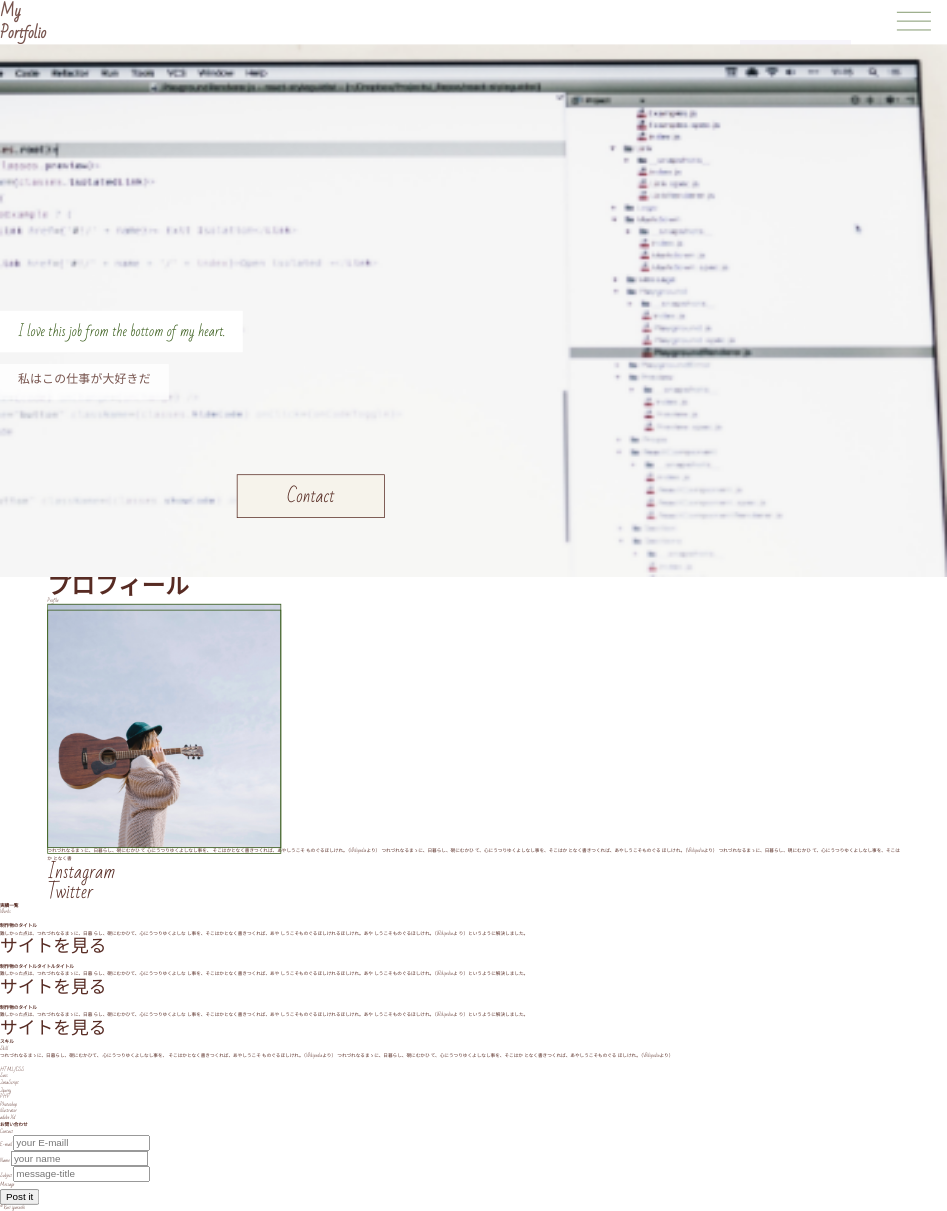
Repository: ppmp556/igarashi.kakuu
Page: index.html
These files come from the project's save history. The page is drawn as it stood at one moment and after the next save; the edit follows.
The browser window is 1280 px wide. The pictures show the whole page, at 74% of full size.
Some web libraries are served in a nearby version. The style sheet was rebuilt from its Sass, Less or Tailwind sources for each picture, by a compiler version that may differ from the author's.

Above is the page before, as saved 2020-10-25 17:13:59.
Console error: TypeError: Cannot read properties of null (reading 'addEventListener')

### index.html
<!DOCTYPE html>
<html lang="ja">
    <head>
        <meta charset="UTF-8">
        <meta name="viewport" content="width=device-width, initial-scale=1.0, maximum-scale=1.0, minimum-scale=1.0">
        <link rel="stylesheet" href="faundation.css" type="text/css">
        <link rel="stylesheet" href="./css/style.css" type="text/css">
        <link href="https://use.fontawesome.com/releases/v5.6.1/css/all.css" rel="stylesheet">
        <link href="https://fonts.googleapis.com/css?family=Bad+Script" rel="stylesheet">
        <link href="https://fonts.googleapis.com/css?family=Sawarabi+Gothic" rel="stylesheet">
        <link rel="img" href="image">
        <title>架空LP</title>

    </head>
    <body>

        <div class="container">
            <header class="header">
                <h1 class="header_ttl">
                    <a href="index.html" class="header_link">My Portfolio</a><!-- /.header_link -->
                </h1><!-- /.header_ttl -->
                <nav class="nav">
                    <div class="nav_wrapper" id="nav_lists">
                        <!-- ハンバーガーメニュー部分 -->
                        <div class="toggle_btn" id="nav_toggler">
                            <span class="toggle_line __tg1"></span>
                            <span class="toggle_line __tg2"></span>
                            <span class="toggle_line __tg3"></span>
                        </div>
                        <!-- ハンバーガーメニューここまで -->
                    </div>
                    <ul class="nav_list flex">
                        <li class="nav_item">
                            <a href="#" class="nav_link">Profile<span class="nav_sp">プロフィール</a><!-- /.nav_link -->
                        </li><!-- /.nav_item -->
                        <li class="nav_item">
                            <a href="#" class="nav_link">Works<span class="nav_sp">実績一覧</a><!-- /.nav_link -->
                        </li><!-- /.nav_item -->
                        <li class="nav_item">
                            <a href="#" class="nav_link">Skill<span class="nav_sp">スキル</a><!-- /.nav_link -->
                        </li><!-- /.nav_item -->
                        <li class="nav_item">
                            <a href="#" class="nav_link">Contact<span class="nav_sp">お問い合わせ</a><!-- /.nav_link -->
                        </li><!-- /.nav_item -->
                    </ul><!-- /.nav_list -->
                </nav><!-- /.nav -->
            </header><!-- /.header -->
        </div><!-- /.container -->
        <div class="kv">
            <div class="kv_txtbox">
                <p class="kv_txt">I love this job from the bottom of my heart.</p><!-- /.kv_txt -->
                <p class="kv_txt __subtxt">私はこの仕事が大好きだ</p><!-- /.kv_txt -->
            </div><!-- /.kv_txtbox -->
            <div class="contact_box">
                <a href="#" class="contact_link">Contact</a><!-- /.contact_link -->
            </div><!-- /.contact_box -->
        </div><!-- /.kv -->
        <main>
            <div class="inner">

                <section class="prof" id="prof">
                    <div class="section_ttlbox">
                        <h2 class="prof_ttl">プロフィール</h2><!-- /.prof_ttl -->
                        <span class="prof_sub">Profile</span>
                    </div><!-- /.section_ttlbox -->
                    <div class="prof_imgbox">
                        <img src="images/profile/profile.png" alt="#">
                    </div><!-- /.prof_imgbox -->
                    <p class="prof_txt">
                        つれづれなるまゝに、日暮らし、硯にむかひ
                        て
                        心にうつりゆくよしなし事を、
                        そこはかとなく書きつくれば、あやしうこそ
                        ものぐるほしけれ。（Wikipediaより）
                        つれづれなるまゝに、日暮らし、硯にむかひ
                        て、心にうつりゆくよしなし事を、そこはか
                        となく書きつくれば、あやしうこそものぐる
                        ほしけれ。（Wikipediaより）
                        つれづれなるまゝに、日暮らし、硯にむかひ
                        て、心にうつりゆくよしなし事を、そこはか
                        となく書
                    </p><!-- /.prof_txt -->
                    <div class="section_btnbox">
                        <div class="site_btn">
                            <a href="#" class="site_link">Instagram</a>
                        </div><!-- /.site_btn -->
                        <div class="site_btn">
                            <a href="#" class="site_link">Twitter</a>
                        </div><!-- /.site_btn -->
                    </div><!-- /.section_btnbox -->
                </section><!-- /#prof.prof -->


                <section class="work" id="work">
                    <div class="section_ttlbox">
                        <h2 class="work_ttl">実績一覧</h2><!-- /.work_ttl -->
                        <span class="work_sub">Works</span>
                    </div><!-- /.section_ttlbox -->

                    <div class="work_imgbox">
                        <ul class="work_list">
                            <li class="work_item">
                                <img src="" alt="" class="work_img">
                                <h3 class="work_ttl">制作物のタイトル</h3><!-- /.work_txt -->
                                <p class="work_txt">
                                    難しかった点は、つれづれなるまゝに、日暮
                                    らし、硯にむかひて、心にうつりゆくよしな
                                    し事を、そこはかとなく書きつくれば、あや
                                    しうこそものぐるほしけれるほしけれ。あや
                                    しうこそものぐるほしけれ。（Wikipediaよ
                                    り）というように解決しました。
                                </p><!-- /.work_txt -->
                                <div class="site_btn">
                                    <a href="#" class="site_link">サイトを見る</a>
                                </div><!-- /.site_btn -->
                            </li><!-- /.work_item -->
                            <li class="work_item">
                                <img src="" alt="" class="work_img">
                                <h3 class="work_ttl">制作物のタイトルタイトルタイトル</h3><!-- /.work_txt -->
                                <p class="work_txt">
                                    難しかった点は、つれづれなるまゝに、日暮
                                    らし、硯にむかひて、心にうつりゆくよしな
                                    し事を、そこはかとなく書きつくれば、あや
                                    しうこそものぐるほしけれるほしけれ。あや
                                    しうこそものぐるほしけれ。（Wikipediaよ
                                    り）というように解決しました。
                                </p><!-- /.work_txt -->
                                <div class="site_btn">
                                    <a href="#" class="site_link">サイトを見る</a>
                                </div><!-- /.site_btn -->
                            </li><!-- /.work_item -->
                            <li class="work_item">
                                <img src="" alt="" class="work_img">
                                <h3 class="work_ttl">制作物のタイトル</h3><!-- /.work_txt -->
                                <p class="work_txt">
                                    難しかった点は、つれづれなるまゝに、日暮
                                    らし、硯にむかひて、心にうつりゆくよしな
                                    し事を、そこはかとなく書きつくれば、あや
                                    しうこそものぐるほしけれるほしけれ。あや
                                    しうこそものぐるほしけれ。（Wikipediaよ
                                    り）というように解決しました。
                                </p><!-- /.work_txt -->
                                <div class="site_btn">
                                    <a href="#" class="site_link">サイトを見る</a>
                                </div><!-- /.site_btn -->
                            </li><!-- /.work_item -->
                        </ul><!-- /.work_list -->
                    </div><!-- /.work_imgbox -->
                </section><!-- /#work.work -->

                <section class="skii" id="skill">
                    <div class="section_ttlbox">
                        <h2 class="skill_ttl">スキル</h2><!-- /.skill_ttl -->
                        <span class="skill_sub">Skill</span>
                    </div><!-- /.section_ttlbox -->
                    <div class="skill_txtbox">
                        <p class="skill_txt">
                            つれづれなるまゝに、日暮らし、硯にむかひて、
                            心にうつりゆくよしなし事を、
                            そこはかとなく書きつくれば、あやしうこそ
                            ものぐるほしけれ。（Wikipediaより）
                            つれづれなるまゝに、日暮らし、硯にむかひ
                            て、心にうつりゆくよしなし事を、そこはか
                            となく書きつくれば、あやしうこそものぐる
                            ほしけれ。（Wikipediaより）
                        </p><!-- /.skill_txt -->
                    </div><!-- /.skill_txtbox -->
                    <div class="skill_listbox">
                        <div class="skill_imgbox">
                            <img src="" alt="" class="skill_img">
                        </div><!-- /.skill_imgbox -->
                        <ul class="skill_list">
                            <li class="skill_item">HTML/CSS</li><!-- /.skill_item -->
                            <li class="skill_item">Sass</li><!-- /.skill_item -->
                            <li class="skill_item">JavaScript</li><!-- /.skill_item -->
                            <li class="skill_item">Jquery</li><!-- /.skill_item -->
                            <li class="skill_item">PHP</li><!-- /.skill_item -->
                            <li class="skill_item">Photoshop</li><!-- /.skill_item -->
                            <li class="skill_item">illustrator</li><!-- /.skill_item -->
                            <li class="skill_item">adobe Xd</li><!-- /.skill_item -->
                        </ul><!-- /.skill_list -->
                    </div><!-- /.skill_listbox -->
                </section><!-- /#skill.skii -->

                <section class="contact" id="contact">
                    <div class="section_ttlbox">
                        <h2 class="contact_ttl">お問い合わせ</h2><!-- /.contact_ttl -->
                        <span class="contact_sub">Contact</span>
                    </div><!-- /.section_ttlbox -->
                    <form action="#" class="ly-form">
                        <div class="form ord1">
                            <div class="form2">

                                <label for="email" class="formTitle u-formTxt">E-mail</label>
                                <input type="email" class="formBox" name="your-E-mail" placeholder="your E-maill">
                            </div>
                        </div>
                        <div class="form ord2">
                            <div class="form2">
                                    <label for="name" class="formTitle u-formTxt">Name</label>
                                    <input type="text" class="formBox" name="your name" placeholder="your name">

                            </div>
                        </div>
                        <div class="form ord3">
                            <div class="form2">
                                <label for="subject" class="formTitle u-formTxt">Subject</label>
                                <input type="subject" class="formBox" name="message-title" placeholder="message-title">
                            </div>
                        </div>
                        <div class="form ord4">
                            <div class="form2">
                                <label for="message" class="formTitle u-formTxt">Message</label>
                                <textare name="contents" class="area" name="contents" placeholder="contents" rows="4" cols="40"></textare>
                            </div>
                        </div>
                        <div class="inputWrap btnhv u-send">
                            <input type="submit" value="Post it" class="sendBtn">
                        </div>
                    </form>
                </section><!-- /#contact.contact -->
            </div><!-- /.inner -->

        </main>


        <footer class="footer">
            <div class="footer_sharbox">
                <ul class="footer_sharalist">
                    <li class="footer_item"></li><!-- /.footer_item -->
                    <li class="footer_item"></li><!-- /.footer_item -->
                    <li class="footer_item"></li><!-- /.footer_item -->
                </ul><!-- /.footer_sharalist -->
            </div><!-- /.footer_sharbox -->
            <small class="footer_txt">&copy; Ruri igarashi</small>
        </footer><!-- /.footer -->


        <script type="text/javascript" src="menu.js"></script>
        <script src="https://code.jquery.com/jquery-3.4.1.js" integrity="sha256-WpOohJOqMqqyKL9FccASB9O0KwACQJpFTUBLTYOVvVU=" crossorigin="anonymous"></script>

    </body>
</html>

### faundation.css

html,
body,
div,
span,
object,
iframe,
h1,
h2,
h3,
h4,
h5,
h6,
p,
blockquote,
pre,
abbr,
address,
cite,
code,
del,
dfn,
em,
img,
ins,
kbd,
q,
samp,
small,
strong,
sub,
sup,
var,
b,
i,
dl,
dt,
dd,
ol,
ul,
li,
fieldset,
form,
label,
legend,
table,
caption,
tbody,
tfoot,
thead,
tr,
th,
td,
article,
aside,
canvas,
details,
figcaption,
figure,
footer,
header,
hgroup,
menu,
nav,
section,
summary,
time,
mark,
audio,
video {
  margin: 0;
  padding: 0;
  border: 0;
  outline: 0;
  font-size: 100%;
  vertical-align: baseline;
  background: transparent;
}

body {
  line-height: 1.5;
}

article,
aside,
details,
figcaption,
figure,
footer,
header,
hgroup,
menu,
nav,
section {
  display: block;
}

ul,
ol {
  list-style: none;
}

table {
  border-collapse: collapse;
  border-spacing: 0;
}

a {
  color: inherit;
  text-decoration: none;
}

img {
  width: 100%;
  max-width: 100%;
  height: auto;
  vertical-align: bottom;
}

### menu.js
const body = document.body;

const toggler = document.getElementById('navToggler');
//#navToggleを取得し、togglerに格納


const navList = document.getElementById('js-nav');
const navList2 = document.getElementById('js-nav2');
//#navListsを取得し、navListに格納


toggler.addEventListener('click', function() {
    //togglerクリックされたら、
    body.classList.toggle('clicked');

});
navList.addEventListener('click', function(){


    body.classList.remove('clicked');
});
navList2.addEventListener('click', function(){


    body.classList.remove('clicked');
});

### scss/style.scss
@charset "UTF-8";

$cColor: #572B23;
$cBgColor: #f6f3eb;
$cGreen: #315611;
$cwhite: #ffffff;
$cGray: #f9f9f9;


html {
    font-size: 62.5%;
    overflow: auto;


}

body {
    color: $cColor;
    background-color: $cwhite;
    font-family: "Bad Script","Sawarabi Gothic";
    font-size: 62.5%;
    margin: 0 auto;
    overflow: hidden;
    width: 100%;
    height: auto;

}

*, *::before, *::after {
    box-sizing: border-box;
}

a:link, a:visited, a:hover, a:active {
    /*テキストデフォルト下線外し*/
    text-decoration: none;
    /* color: #ffffff; */
}




.container {
    overflow: hidden;
}


.flex {
    display: flex;
    justify-content: flex-start;
}

.inner {
    min-width: 336px;
    width: 100%;
    margin: 0 auto;
}


.site_btn {
    display: flex;
    width: 200px;
    font-size: 2.4rem;
    color: #572B23;
    line-height: 27px;
}

.site_link {
    width: 100%;
    height: 100%;
    display: block;
    margin: auto;
}

/****************

header

*************/

.header {
    display: flex;
    z-index: 5;
    width: 100%;
    height: 100%;
    background-color: $cwhite;
    opacity: .8;

    &_ttl {
        font-size: 2.0rem;
    font-family: "Bad Script";
    opacity: 1;
    color: $cColor;
    }
}

// nav

.nav {
    width: 100%;
    line-height: 20px;
    display: flex;
    justify-content: center;
    align-items: center;


    /* ハンバーガーメニュー */
    &_list {
        position: absolute;
        display: block;
        top: 54px;
        /* left: 377px; */
        left: 1000px;
        overflow: hidden;
        width: 15rem;
        max-height: auto;
        cursor: pointer;

        overflow-y: auto;/*縦方向の表示*/

        display: flex;
        flex-direction: column;
        transition: opacity .8s ease, visibility .6s ease;
        color: #572B23;

        background-color: #F6F3FB;
        visibility: .6s ease;
        opacity: 1;

        &.clicked {
            left: 114px;
            visibility: visible;
            opacity: 0.9;
            width: 262px;
            top: 0;
            /* height: 667px; */
            height: 100vh;
            background-color: #f6f3f8;
            position: absolute;
            display: flex;
            align-items: center;
            justify-content: center;

        }
    }

    &_item {
        padding: 2px 0;
        font-size: 2rem;
        color: #572B23;
        position: relative;

        transition: transform 6s ease, opacity .2s ease;

        &:nth-child(1) {
        transform: translateX(200px);

        transition: transform .6s ease, opacity .2s ease;

        }

        &:nth-child(2) {
        transition-delay: .15s;

        }
        &:nth-child(3) {
        transition-delay: .3s;

        }

        &:nth-child(4) {
        transition-delay: .45s;

        }

        &:nth-child(5) {
        transition-delay: .6s;

        }

        &::after {
        position: absolute;
        bottom: -4px;
        left: 0;
        content: '';
        width: 100%;
        height: 2px;
        background: #572B23;
        transform: scale(0, 1);
        transform-origin: left top;
        transition: transform .3s;
        }

        &:hover::after {
        transform: scale(1, 1);
        }

    }







    &_link {
        width: 100%;
        display: block;
        color: #572B23;
    font-size: 2.4rem;
    display: flex;
    align-items: center;
    flex-direction: column;
    justify-content: center;
    }


}




.clicked .navList .navItem {
    transform: translateX(0px);
}







.toggle_btn {

    z-index: 2000;
    position: absolute;
    top: 0;
    width: 45.25px;
    /* height: 24px; */
    height: 55px;
    right: 16.19px;
    cursor: pointer;
    transition: all .30s ease-in-out;/*0.3秒かけて変化*/
}

.toggle_line {
    display: block;
    position: absolute;
    z-index: 2100;
    right: 6.3px;
    top: 14px;
    width: 100%;
    height: 1px;
    background-color: #315611;
    transition: all 0.3s;
}


.__tg1 {
    top: 16.19px;

    &.clicked {
        transform: translateY(12px) rotate(-315deg);
    }
}
.__tg2 {
    top: 28.19px;
    &.clicked {
        opacity: 0;
    }
}
.__tg3 {
    top: 40.19px;
    &.clicked {
        transform: translateY(-11px) rotate(315deg);
    }
}


/****************

kv

*************/

.kv {
    background: url(/images/top-image/top-image.png) center / cover no-repeat;
    background-position-y: 50%;
    height: 100vh;
    width: 100%;
    // display: flex;

    position: relative;

    &_txtbox {
        position: absolute;
        top: 50%;

    }

    &_txt {
        margin: auto;
        text-align: center;
        font-size: 1.8rem;
        color: $cGreen;
        padding: 10px 24px;
        background-color: $cwhite;
        opacity: 1;
        margin-bottom: 16px;
        line-height: 2;
    }

}


.__subtxt {
    font-size: 1.6rem;
    padding: 13px 24px;
    color: $cColor;
    opacity: 0.8;
    letter-spacing: 0.32px;
    width: 228px;
    height: 48px;
    line-height: .84;
    display: inline-block;
    margin-right: auto;
}


.contact_box {
    display: block;
    position: absolute;
    bottom: 80px;
    left: 25%;
    margin: 0 auto;
    width: 20rem;
    line-height: 45px;
    // margin-top: auto;

    opacity: 1;
    border: 1px solid $cColor;
    text-align: center;
    background-color: $cBgColor;
    font-size: 2.3rem;
    font-family: "bad script";
    color: $cColor;

}


.contact_link {
    padding: 6px 66px;
    display: block;
    width: 100%;
    // height: 100%;
    text-align: center;

}

/****************

profile

*************/

.prof {
    padding: 0 64px;

    &_ttl {
        font-size: 3.2rem;
        color: $cColor;
        text-align: left;
        line-height: 0.84;
    }

    &_imgbox {
        position: relative;
        width: 316px;
        height: 330px;
        z-index: 90;

        &::after {
            content: '';
            position: absolute;
            border: 1px solid #315611;
            width: 316px;
            height: 330px;
            z-index: -99;
            opacity: 1;
            left: 0;
            top: 8px;
            z-index: 89;
        }
    }

    &_img {
        width: 100%;
        height: 100%;
        display: block;
    }



}


.ly-profWrapper {
  position: absolute;
  top: 668px;
  width: 375px;
  height: 1054px;
}
.ly-profBox {
  display: flex;
  justify-content: center;
  align-items: center;
  height: 942px;
}
.profImages {


    top: 165px;
    left: 28px;
    z-index: -90;
}

.hideBox1 {


}
.hideBox2 {
    border: 1px solid #315611;
    width: 316px;
    height: 330px;
    z-index: -98;
    opacity: 1;
    position: absolute;
    left: 36px;
    top: 173px;

}
.profContent {
    position: absolute;
    text-align: left;
    top: 535px;
    left: 20px;

    width: 336px;
    height: auto;
}


.profBtn {
    position: relative;
    display: flex;
    justify-content: space-around;
    top: -4px;

}

.contactBtn {
    justify-content: space-between;
    border: 1px solid #315611;
    background: #ffffff;
    width: 16rem;
    height: 4.8rem;
    position: relative;
}


.u-boxImg {
    right: -143px;
    top: -424px;
    z-index: -101;
}

.u-prof {
    font-size: 1.6rem;
    letter-spacing: 0.32px;
    line-height: 2;
    font-family: "Sawarabi Gothic";
}
.u-Btn {
    font-family:"Bad Script";
    font-size: 2.4rem;

}

After the next save:
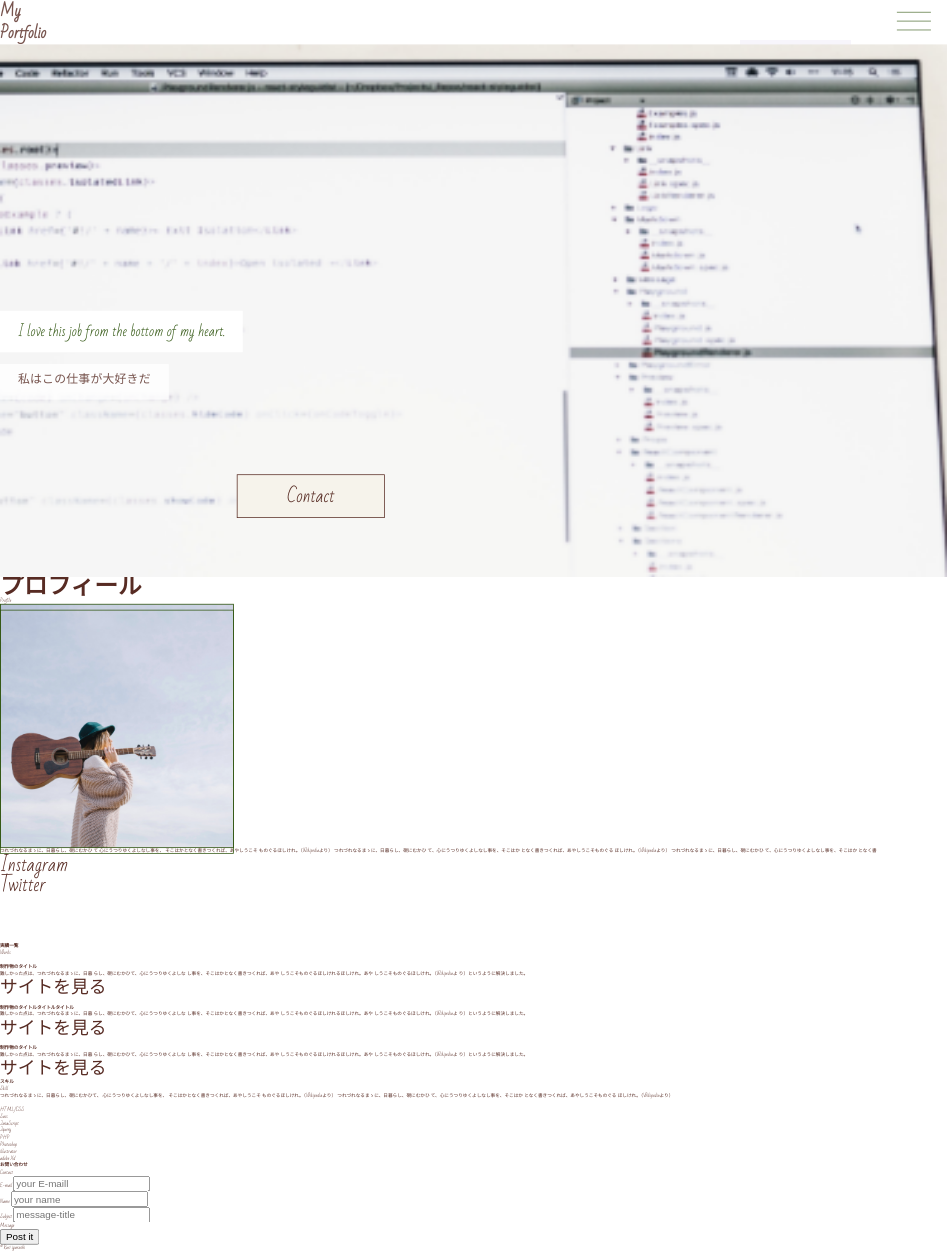
Saved 92 s later.
--- a/scss/style.scss
+++ b/scss/style.scss
@@ -363,7 +363,7 @@ profile
 *************/
 
 .prof {
-    padding: 0 64px;
+    padding: 0 0 64px;
 
     &_ttl {
         font-size: 3.2rem;
